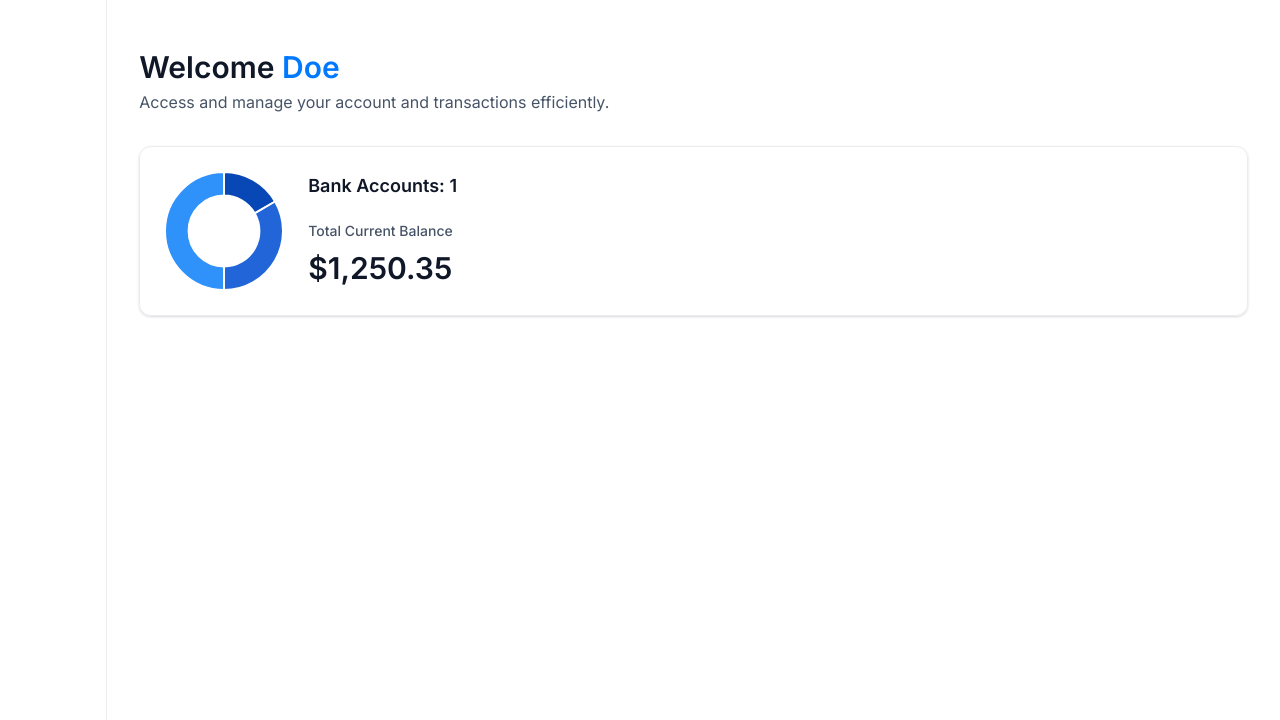
Repository: akinolapo/creditcraze
Page: /
An editor plug-in stored every save of this project. The page is shown before and after a run of saves, followed by the edit.
The browser window is 1280 px wide. The pictures show the whole page.
The project was rebuilt for these pictures with package versions that can differ from the ones it lists, and the page was loaded fresh each time. The framework's server and built-in components were replaced by stand-ins that run in the browser. Also part of the build but not shown: next.config.mjs.

Above is the page before, as saved 2024-07-01 09:03:58.

### app/layout.tsx
import type { Metadata } from "next";
import { Inter, IBM_Plex_Serif } from "next/font/google";
import "./globals.css";

const inter = Inter({ subsets: ["latin"], variable: '--font-inter' });
const ibmPlexSerif = IBM_Plex_Serif({
  subsets: ['latin'],
  weight: ['400', '700'],
  variable: '--font-ibm-plex-serif'
})

export const metadata: Metadata = {
  title: "CreditCraze",
  description: "CreditCraze is a modern banking platform for everyone.",
  icons: {
    icon: '/icons/logo.svg'
  }
};

export default function RootLayout({
  children,
}: Readonly<{
  children: React.ReactNode;
}>) {
  return (
    <html lang="en">
      <body className={`${inter.variable} ${ibmPlexSerif.variable}`}>{children}</body>
    </html>
  );
}

### app/(root)/layout.tsx
import Sidebar from "@/components/Sidebar";

export default function RootLayout({
  children,
}: Readonly<{
  children: React.ReactNode;
}>) {
  const loggedIn =  { firstName: 'Doe', lastName: 'John'}
  return (
    <main className="flex h-screen w-full font-inter">
        <Sidebar user={loggedIn} />
        {children}
    </main>
  );
}

### app/(root)/page.tsx
import HeaderBox from '@/components/HeaderBox'
import TotalBalanceBox from '@/components/TotalBalanceBox';
import React from 'react'

const Home = () => {
  const loggedIn = { firstName: 'Doe'};
  return (
    <section className="home">
      <div className="home-content">
        <header className="home-header">
          <HeaderBox
            type="greeting"
            title="Welcome"
            user={loggedIn?.firstName || 'Guest'}
            subtext="Access and manage your account and transactions efficiently."
          />

          <TotalBalanceBox
            accounts={[]}
            totalBanks={1}
            totalCurrentBalance={1250.35}
          />

        </header>
      </div>
    </section>
  )
}

export default Home

### components/Sidebar.tsx
import React from 'react'

const Sidebar = ({user}: SiderbarProps) => {
  return (
    <section className="sidebar">Sidebar</section>
  )
}

export default Sidebar

### components/HeaderBox.tsx
const HeaderBox = ({ type="title", title, subtext, user}: HeaderBoxProps) => {
  return (
    <div className="header-box">
        <h1 className="header-box-title">
            {title}
            {type === 'greeting' && (
                <span className="text-bankGradient">
                    &nbsp;{user}
                </span>
            )}
        </h1>
        <p className="header-box-subtext">{subtext}</p>
    </div>
  )
}

export default HeaderBox

### components/TotalBalanceBox.tsx
import AnimatedCounter from './AnimatedCounter'
import DoughnutChart from './DoughnutChart'

const TotalBalanceBox = ({
  accounts= [], totalBanks, totalCurrentBalance
}:TotlaBalanceBoxProps) => {
  return (
    <section className="total-balance">
      <div className="total-balance-chart">
        <DoughnutChart accounts={accounts}/>
      </div>
      <div className="flex flex-col gap-6">
        <h2 className="header-2">
          Bank Accounts: {totalBanks}
        </h2>
        <div className="flex flex-col gap-2">
          <p className="total-balance-label">
            Total Current Balance
          </p>
          <div className="total-balance-amount flex-center gap-2">
            <AnimatedCounter amount= {totalCurrentBalance}/>
          </div>
        </div>
      </div>
    </section>
  )
}

export default TotalBalanceBox

### components/AnimatedCounter.tsx
'use client';
import CountUp from 'react-countup'

const AnimatedCounter = ({amount}: {amount: number}) => {
  return (
    <div className="w-full">
        <CountUp
            duration={2.75}
            decimals={2}
            decimal="."
            prefix="$"
            end ={amount}
        />
    </div>
  )
}

export default AnimatedCounter

### components/DoughnutChart.tsx
'use client'

import { Chart as ChartJs, ArcElement, Legend, Tooltip } from "chart.js"
import { Doughnut } from "react-chartjs-2"

ChartJs.register(ArcElement, Tooltip, Legend)

const DoughnutChart = ({accounts}: DoughnutChartProps) => {
  const data = {
    datasets: [
      {
        label: 'Banks',
        data: [1250, 2500, 3750],
        backgroundColor: ['#0747b6', '#2265d8', '#2f91fa']
      }
    ],
    labels: ['Bank 1', 'Bank 2', 'Bank 3']
  }
  return (
    <Doughnut
      data={data}
      options={{
        cutout: '60%',
        plugins: {
          legend:{
            display: false
          }
        }
      }}
    />
  )
}

export default DoughnutChart

Loaded but not shown: app/globals.css (common file); tailwind.config.ts (common file)

After the next 5 saves:
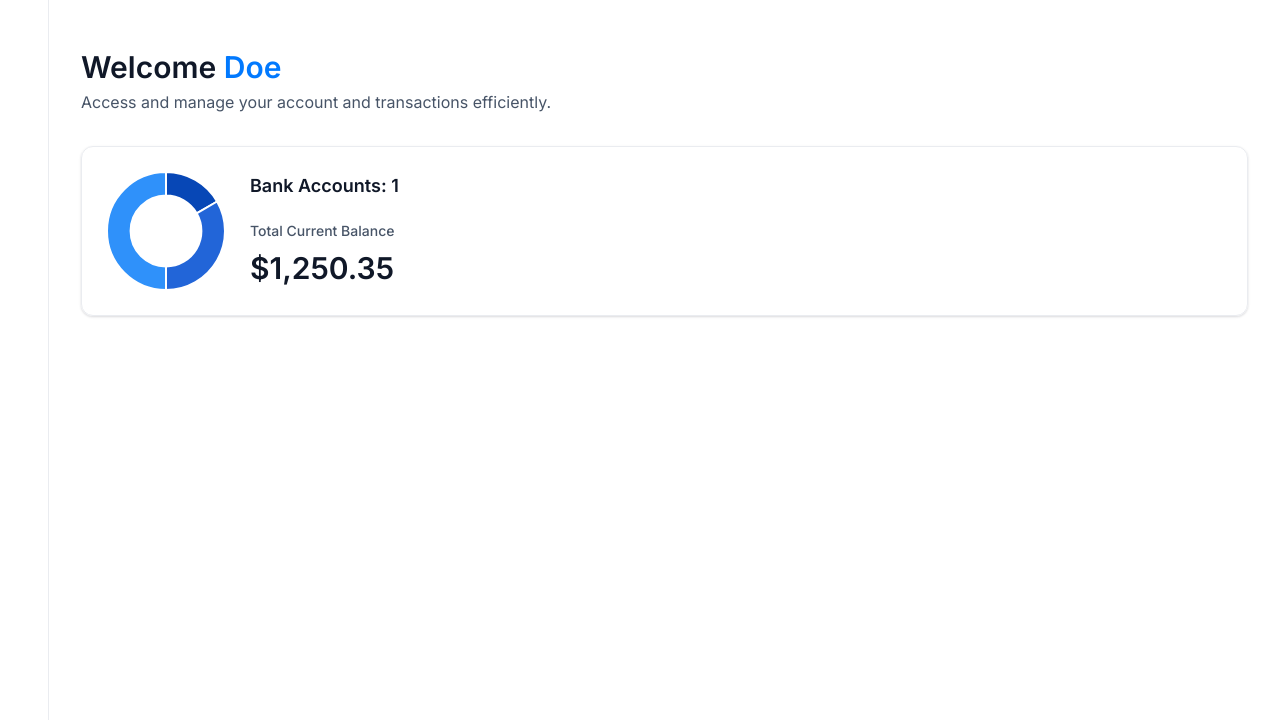
The 5 saves are shown as one change because 2 did not build or start and some came seconds apart.
The last was saved 69 s later.
--- a/components/Sidebar.tsx
+++ b/components/Sidebar.tsx
@@ -2,7 +2,11 @@ import React from 'react'
 
 const Sidebar = ({user}: SiderbarProps) => {
   return (
-    <section className="sidebar">Sidebar</section>
+    <section className="sidebar">
+        <nav className="flex flex-col gap-4">
+
+        </nav>
+    </section>
   )
 }
 
